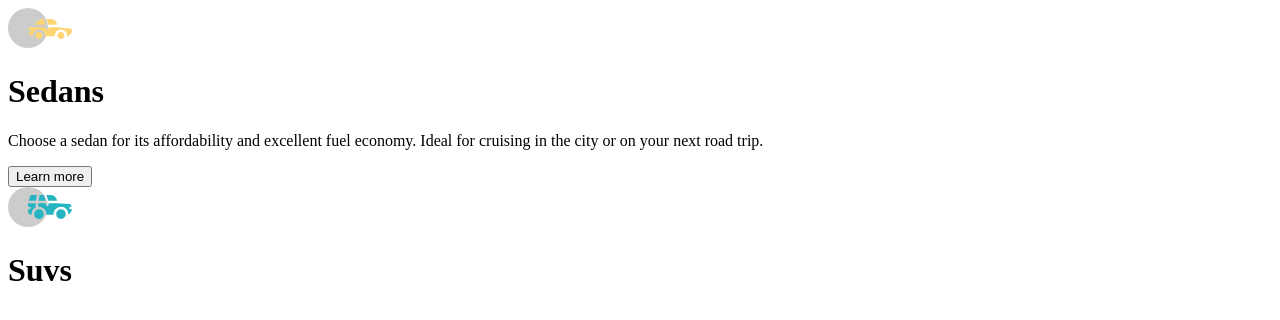
Repository: Pawan-pediredla/frontend-mentors
Page: 3-column-preview-card-component/3-column-preview-card-component-main/markup/index.html
The author's editor kept a copy of each file at every save. The page is drawn from the files as they stood at one save, then again after a run of saves.
The browser window is 1280 px wide. The pictures show the whole page.

Above is the page before, as saved 2024-06-22 12:45:28.

### 3-column-preview-card-component/3-column-preview-card-component-main/markup/index.html
<!DOCTYPE html>
<html lang="en">
<head>
  <meta charset="UTF-8">
  <meta name="viewport" content="width=device-width, initial-scale=1.0"> <!-- displays site properly based on user's device -->

  <link rel="icon" type="image/png" sizes="32x32" href="./images/favicon-32x32.png">

  <title>Frontend Mentor | 3-column preview card component</title>

<link rel="stylesheet" href="../styling/index.css"/>
</head>
<body>
  <main>
    <div class="box" id="sedans">
      <img src="../images/icon-sedans.svg" alt="sedans-img"/>
      <h1>Sedans</h1>
      <p>
        Choose a sedan for its affordability and excellent fuel economy. Ideal for cruising in the city
          or on your next road trip.
      </p>
<button class="sedandsb">Learn more</button>
    </div>
    <div class="box" id="suvs">
      <img src="../images/icon-suvs.svg" alt="suvs-img"/>
      <h1>
        Suvs
      </h1>
    </div>
  </main>
</body>
</html>

### 3-column-preview-card-component/3-column-preview-card-component-main/styling/index.css
.attribution { font-size: 11px; text-align: center; }
    .attribution a { color: hsl(228, 45%, 44%); }

After the next 5 saves:
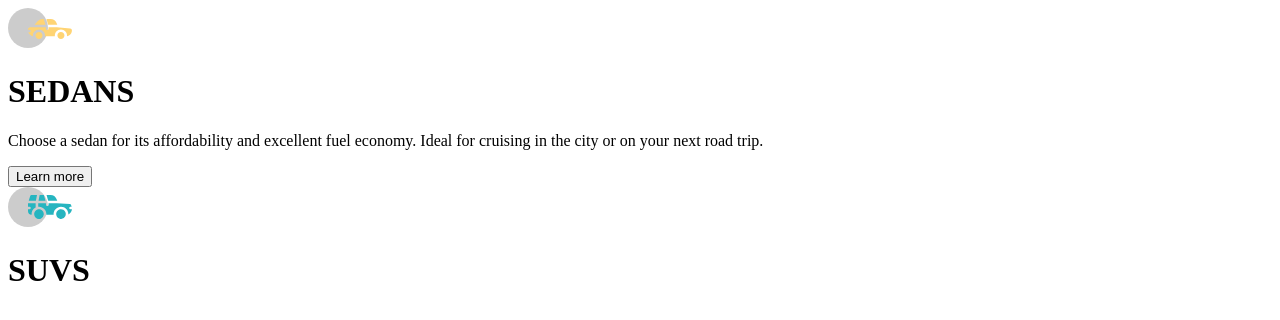
The 5 saves are shown as one change because they came seconds apart.
The last was saved 17 s later.
--- a/3-column-preview-card-component/3-column-preview-card-component-main/markup/index.html
+++ b/3-column-preview-card-component/3-column-preview-card-component-main/markup/index.html
@@ -14,7 +14,7 @@
   <main>
     <div class="box" id="sedans">
       <img src="../images/icon-sedans.svg" alt="sedans-img"/>
-      <h1>Sedans</h1>
+      <h1>SEDANS</h1>
       <p>
         Choose a sedan for its affordability and excellent fuel economy. Ideal for cruising in the city
           or on your next road trip.
@@ -24,8 +24,11 @@
     <div class="box" id="suvs">
       <img src="../images/icon-suvs.svg" alt="suvs-img"/>
       <h1>
-        Suvs
+        SUVS
       </h1>
+      <p>
+
+      </p>
     </div>
   </main>
 </body>
